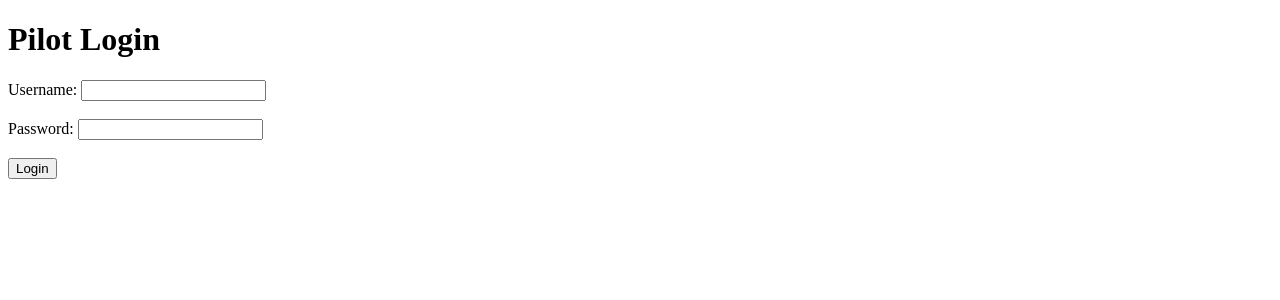
Repository: Parabug-Portal-Project/ParabugPortal
Page: http://localhost/PilotLogIn.php
The author's editor kept a record of every edit. The page is drawn from the files as they stood at one moment, then again after the next edit.
The browser window is 1280 px wide. The pictures show the whole page.
Some web libraries are served in a nearby version. The page is run by PHP 8.4 with error messages shown; the project is at /var/www/html/.

Above is the page before.

### PilotLogIn.php
<?php
session_start();

  if(isset($_POST['login'])){

    include 'dbConnection.php';
    $conn = getDatabaseConnection("heroku_68533dd666c4a97");
    $username = $_POST['username'];
    $password = sha1($_POST['password']);
    $sql = "SELECT * FROM operator
                 WHERE opUsername = :username
                 AND  oPpassword = :password";
    $port = array();
    $port[':username'] = $username;
    $port[':password'] = $password;
    $stmt = $conn->prepare($sql);
    $stmt->execute($port);
    $record = $stmt->fetch(PDO::FETCH_ASSOC); //we're expecting just one record
    if (empty($record)) {

    echo " <div class = 'errorMessage'> ";
    echo "</br></br></br>Wrong username or password!" ;
    echo "</div>";
    } else {

   //$_SESSION['adminFullName'] = $record['firstName'] .  "   "  . $record['lastName'];
   //changed here because we are not sure why it's here.
   header('Location: PilotHome.php'); //redirects to another program

  }
 }
?>

<!DOCTYPE html>
<html>
    <head>
        <title> Pilot Login </title>
        <script src="https://ajax.googleapis.com/ajax/libs/jquery/3.2.1/jquery.min.js"></script>
        <script src="https://maxcdn.bootstrapcdn.com/bootstrap/3.3.7/js/bootstrap.min.js" integrity="sha384-Tc5IQib027qvyjSMfHjOMaLkfuWVxZxUPnCJA7l2mCWNIpG9mGCD8wGNIcPD7Txa" crossorigin="anonymous"></script>
        <!--<link href="https://maxcdn.bootstrapcdn.com/bootstrap/3.3.7/css/bootstrap.min.css" rel="stylesheet" integrity="sha384-BVYiiSIFeK1dGmJRAkycuHAHRg32OmUcww7on3RYdg4Va+PmSTsz/K68vbdEjh4u" crossorigin="anonymous">-->


    </head>
        <header>

     <h1> Pilot Login </h1>

     </header>
    <body >

        <form method="post">
          Username:  <input type="text" name="username"/> <br><br>
          Password:  <input type="password" name="password"/> <br><br>
          <input type="submit" value="Login" name = "login" id="b1">
        </form>
    </body>
</html>

<!--// <html>-->
<!--//     <head>-->
<!--//         <title> Pilot Log In </title>-->
<!--//     </head>-->
<!--//     <body>-->
<!--//     <h1> Pilot Log In</h1>-->
<!--//     Username: -->
<!--//     <input type="text">-->
<!--//     <br> <br>-->
<!--//     Password:-->
<!--//     <input type= "password"> <br>-->

<!--//     <button> Log In</button>-->

<!--//     </body>-->
<!--// </html>-->

After the next edit:
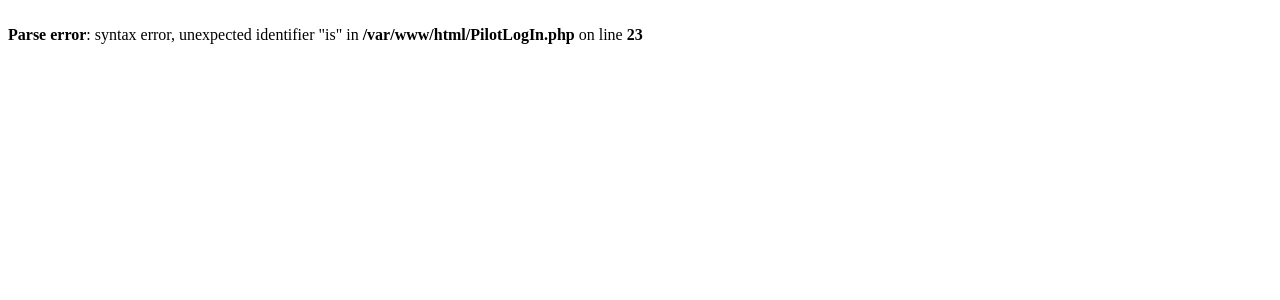
The edit:
--- a/PilotLogIn.php
+++ b/PilotLogIn.php
@@ -17,6 +17,11 @@
     $stmt->execute($port);
     $record = $stmt->fetch(PDO::FETCH_ASSOC); //we're expecting just one record
     if (empty($record)) {
+
+
+    echo "<div class='alert alert-warning' role='alert'>";
+  This is a warning alert—check it out!
+</div>
 
     echo " <div class = 'errorMessage'> ";
     echo "</br></br></br>Wrong username or password!" ;

After the edit that followed:
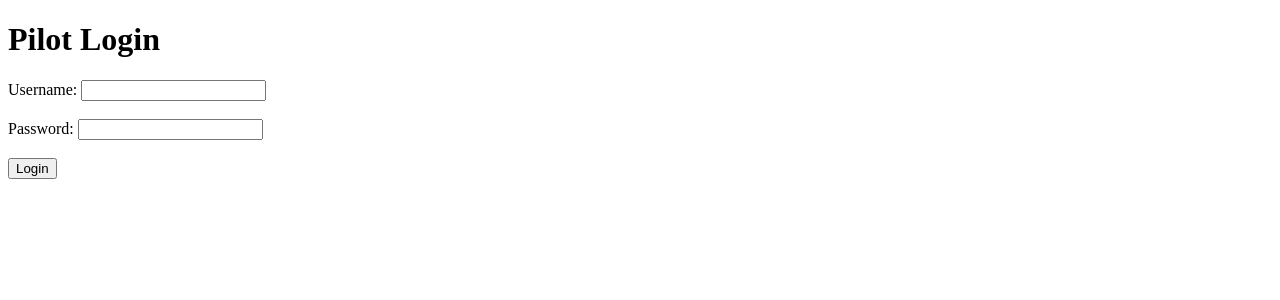
The edit:
--- a/PilotLogIn.php
+++ b/PilotLogIn.php
@@ -20,8 +20,8 @@
 
 
     echo "<div class='alert alert-warning' role='alert'>";
-  This is a warning alert—check it out!
-</div>
+    echo "</br></br></br>Wrong username or password!" ;
+    echo "</div>";
 
     echo " <div class = 'errorMessage'> ";
     echo "</br></br></br>Wrong username or password!" ;
